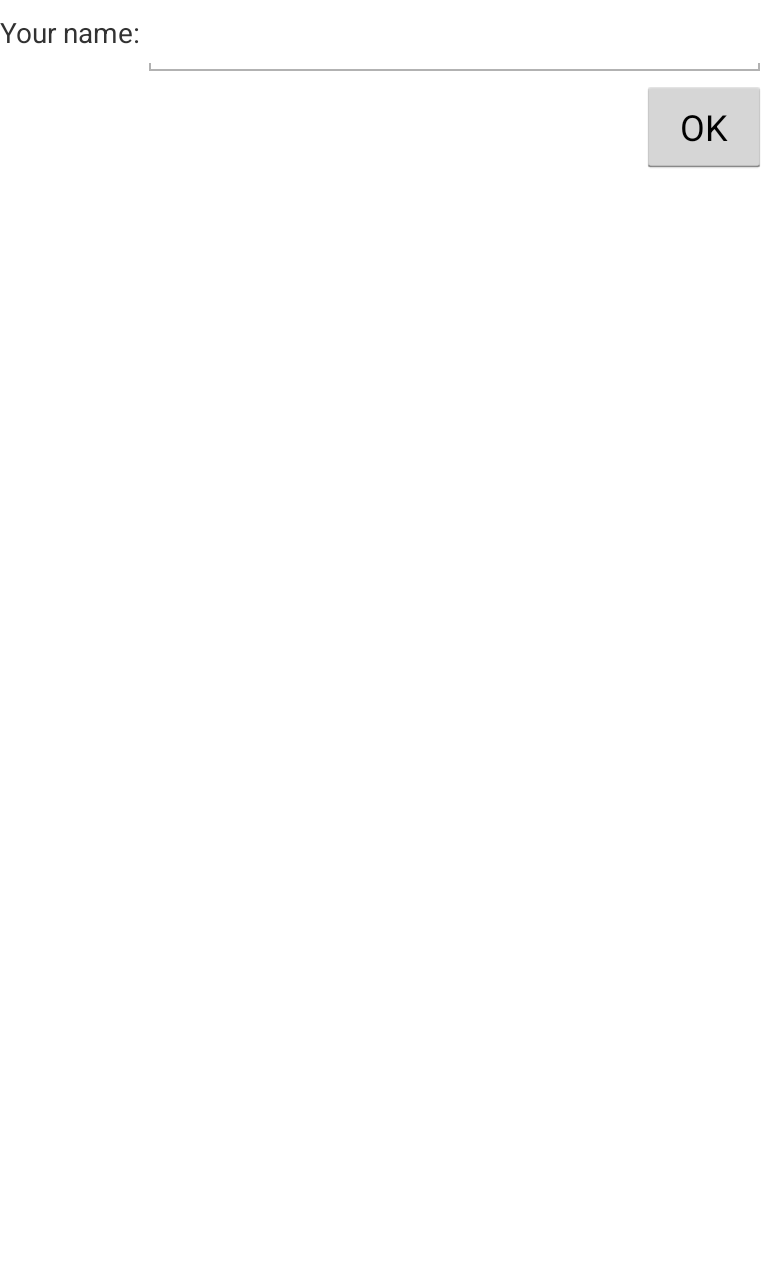
Repository: xfhy/Usually-learn-Android
Layout: 零散知识/DialogFragment创建对话框/res/layout/fragment_edit_name.xml
The author's editor kept a copy of each file at every save. The layout is drawn from the files as they stood at one save, then again after the next save.
It is drawn on a 768 x 1280 px phone screen (xhdpi) without system bars, with theme AppTheme; the app's code is not run.

Above is the layout before, as saved 2017-04-03 03:05:47.

After the next save:
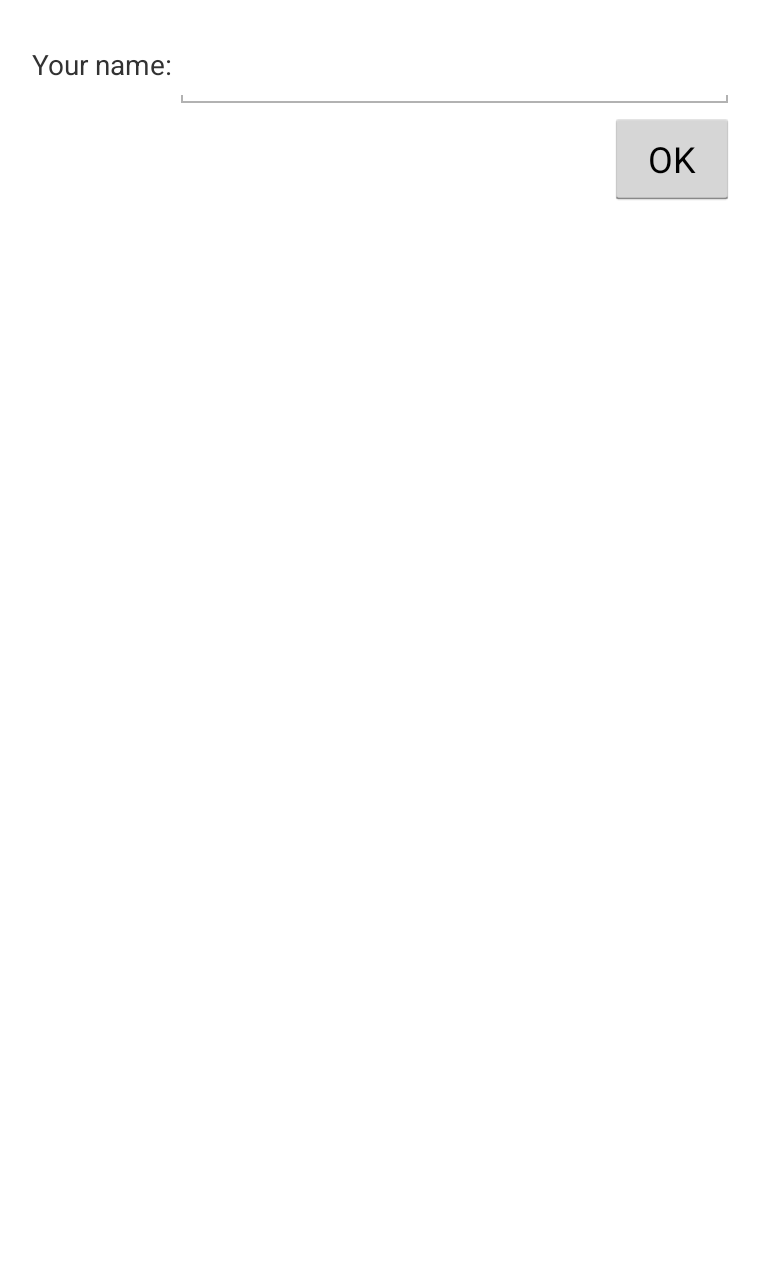
Saved 29 s later.
--- a/零散知识/DialogFragment创建对话框/res/layout/fragment_edit_name.xml
+++ b/零散知识/DialogFragment创建对话框/res/layout/fragment_edit_name.xml
@@ -1,5 +1,9 @@
 <?xml version="1.0" encoding="utf-8"?>
 <RelativeLayout xmlns:android="http://schemas.android.com/apk/res/android"
+    android:paddingBottom="@dimen/activity_vertical_margin"
+    android:paddingLeft="@dimen/activity_horizontal_margin"
+    android:paddingRight="@dimen/activity_horizontal_margin"
+    android:paddingTop="@dimen/activity_vertical_margin"
     android:layout_width="wrap_content"
     android:layout_height="wrap_content" >
 
